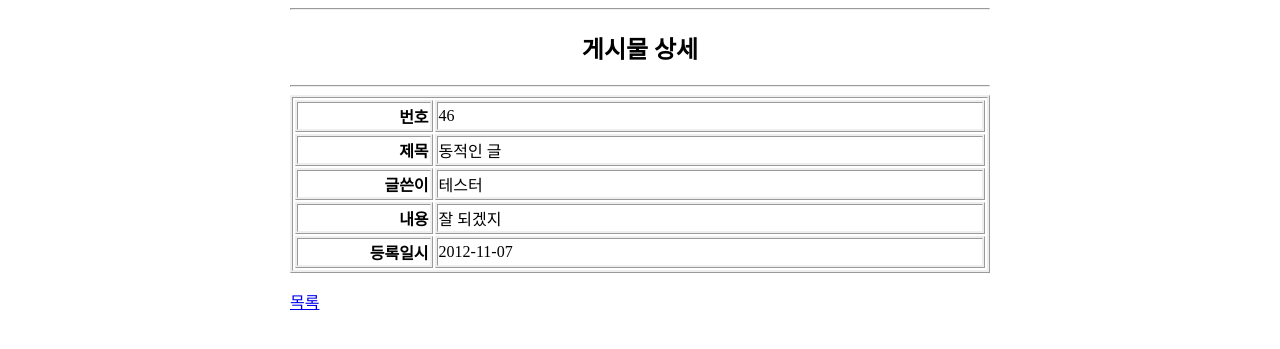
Repository: Jooheehan-kopo/web-workspace
Page: Lecture-web/WebContent/css/detailBoard.html
The author's editor kept a copy of each file at every save. The page is drawn from the files as they stood at one save, then again after the next save.
The browser window is 1280 px wide. The pictures show the whole page.

Above is the page before, as saved 2021-06-11 07:46:31.

### Lecture-web/WebContent/css/detailBoard.html
<!DOCTYPE html>
<html>
<head>
<meta charset="UTF-8">
<title>Insert title here</title>
<style>

body {
	width: 700px;
	margin-left: auto;
	margin-right: auto;
}
h2 {
	text-align: center;
}

table, th, td {
	border: 3px;
	border-style: ridge;
}

table {
	width: 100%;
}

.tb {
	font-weight: bold;
	width:20%;
	text-align: right;
}
td {
 width: 80%;
}
p{
float:left
}
</style>

</head>
<body>
	<hr>
	<h2>게시물 상세</h2>
	<hr>
	<table>
		<tr>
			<td class="tb">번호</td>
			<td>46</td>
		</tr>
		<tr>
			<td class="tb">제목</td>
			<td>동적인 글</td>
		</tr>
		<tr>
			<td class="tb">글쓴이</td>
			<td>테스터</td>
		</tr>
		<tr>
			<td class="tb">내용</td>
			<td>잘 되겠지</td>
		</tr>
		<tr>
			<td class="tb">등록일시</td>
			<td>2012-11-07</td>
		</tr>
	</table>
	<p><a href="listBoard.html">목록</a></p>
</body>
</html>

After the next save:
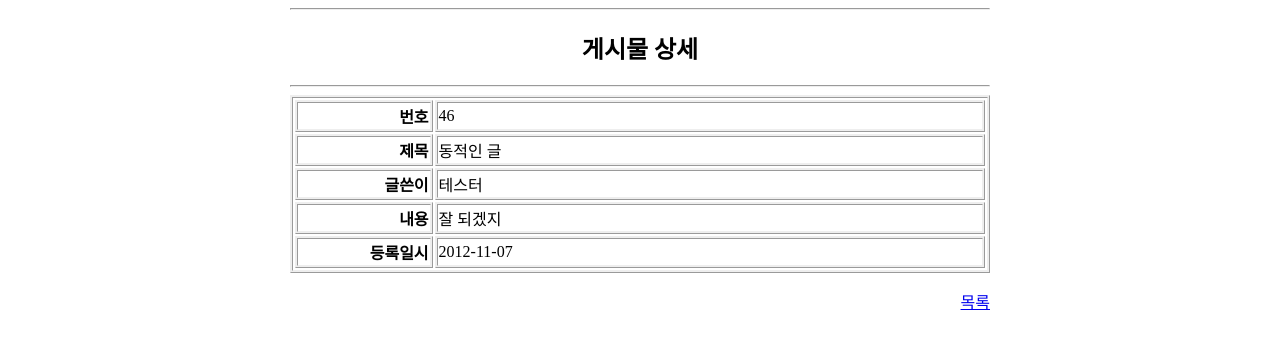
Saved 9 s later.
--- a/Lecture-web/WebContent/css/detailBoard.html
+++ b/Lecture-web/WebContent/css/detailBoard.html
@@ -32,7 +32,7 @@
  width: 80%;
 }
 p{
-float:left
+float:right
 }
 </style>
 

After the save that followed:
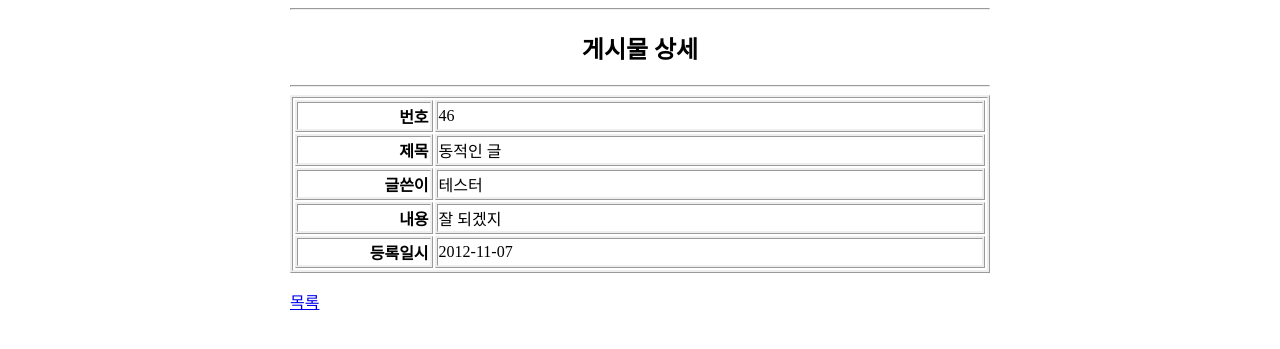
Saved 12 s later.
--- a/Lecture-web/WebContent/css/detailBoard.html
+++ b/Lecture-web/WebContent/css/detailBoard.html
@@ -32,7 +32,7 @@
  width: 80%;
 }
 p{
-float:right
+float:center;
 }
 </style>
 
